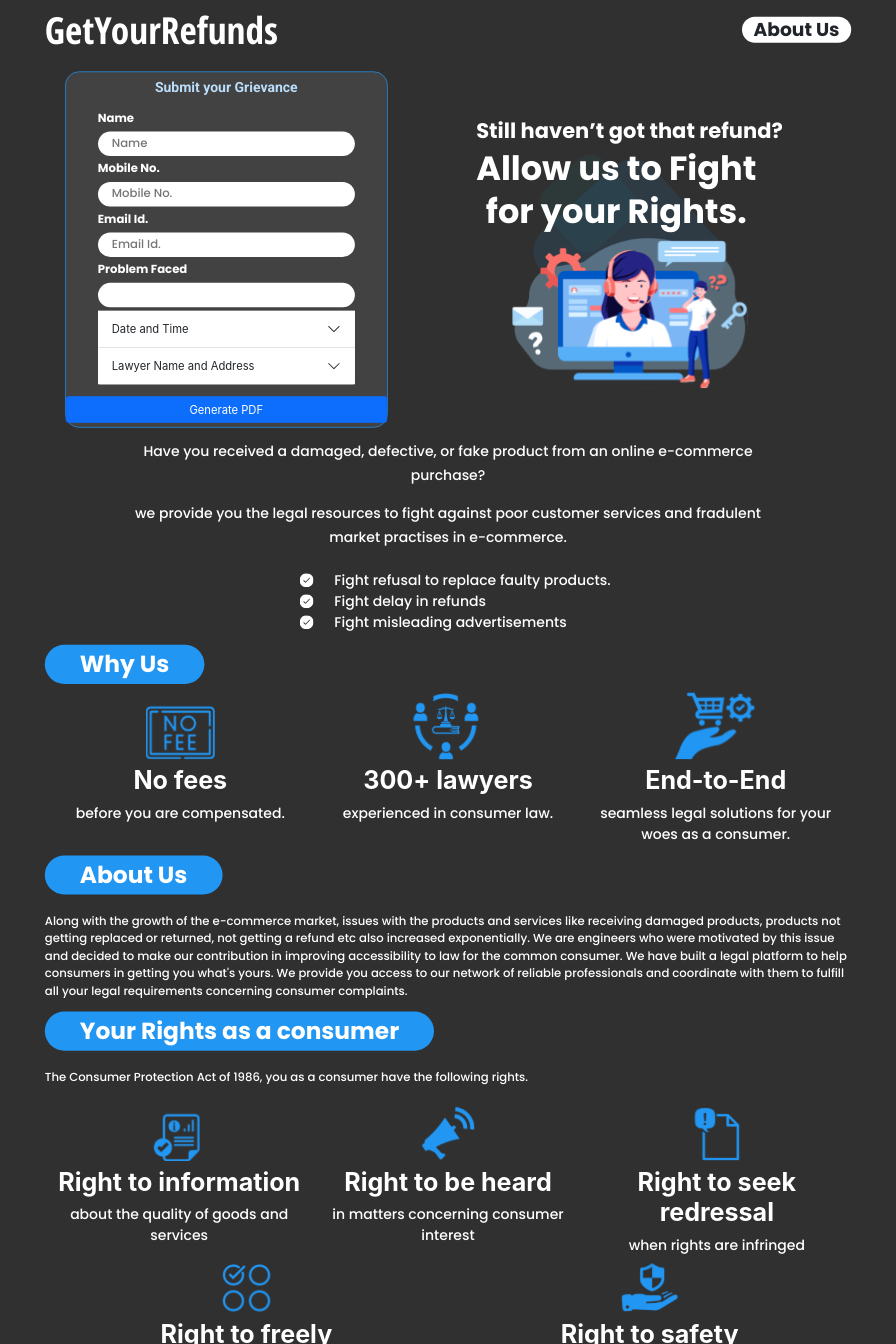
Repository: Eren00Yeager/initial-survey
Page: /consumer-complaints
The author's editor kept a copy of each file at every save. The page is drawn from the files as they stood at one save, then again after the next save.
The browser window is 1280 px wide. The pictures show the part of the page from y = 0 to 1920 px (the page is 2730 px tall before and 2897 px after), at 70% of full size.
Some web fonts or font styles are not loaded; a fallback is used. The project was rebuilt for these pictures with package versions that can differ from the ones it lists, and the page was loaded fresh each time. The framework's server and built-in components were replaced by stand-ins that run in the browser. Also part of the build but not shown: next.config.js.

Above is the page before, as saved 2022-07-14 11:49:57.

After the next save:
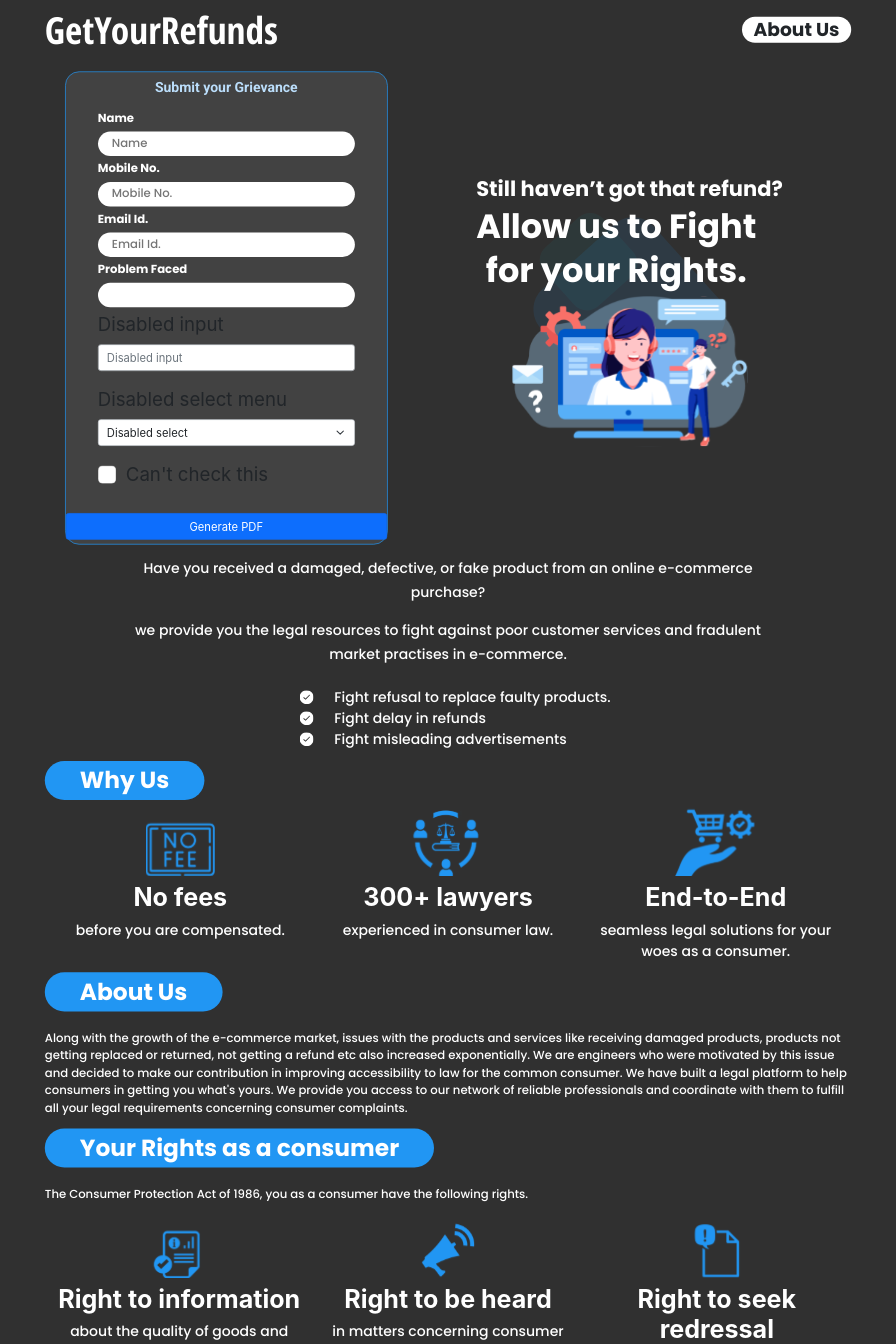
Saved 4 min 51 s later.
--- a/pages/consumer-complaints.jsx
+++ b/pages/consumer-complaints.jsx
@@ -136,58 +136,21 @@ export default function consumer() {
                     <div className={consumerStyles.nam}>Problem Faced</div>
                     <input type="text" placeholder="" className={consumerStyles.plc} value={problem} required onChange={(e) => setProblem(e.target.value)}></input>
                 </div>
-                <Accordion flush>
-                <Accordion.Item eventKey="0">
-                <Accordion.Header>Date and Time</Accordion.Header>
-                <Accordion.Body>
-                <Form.Group className="mb-3" controlId="LawyerMobile">
-                <Form.Label>DD</Form.Label>
-                <Form.Control type="text" placeholder="Enter Mobile of Lawyer" />
-               </Form.Group>
-               <Form.Group className="mb-3" controlId="LawyerMobile">
-                <Form.Label>MM</Form.Label>
-                <Form.Control type="text" placeholder="Enter Mobile of Lawyer" />
-            </Form.Group>
-            <Form.Group className="mb-3" controlId="LawyerMobile">
-                <Form.Label>YY</Form.Label>
-                <Form.Control type="text" placeholder="Enter Mobile of Lawyer" />
-            </Form.Group>
-        </Accordion.Body>
-    </Accordion.Item>
-
-    <Accordion.Item eventKey="1">
-        <Accordion.Header>Lawyer Name and Address</Accordion.Header>
-        <Accordion.Body>
-            <Form.Group className="mb-3" controlId="LawyerName">
-                <Form.Label>Lawyer Name</Form.Label>
-                <Form.Control type="text" placeholder="Enter Name of Lawyer" />
-                {/* <Form.Text className="text-muted">
-                We'll never share your email with anyone else.
-                </Form.Text> */}
-            </Form.Group>
-            <Form.Group className="mb-3" controlId="LawyerAddress">
-                <Form.Label>Lawyer ID</Form.Label>
-                <Form.Control type="text" placeholder="Enter ID of Lawyer" />
-            </Form.Group>
-            <Form.Group className="mb-3" controlId="LawyerAddress">
-                <Form.Label>Lawyer Address</Form.Label>
-                <Form.Control type="textarea" placeholder="Enter Address of Lawyer"/>
-            </Form.Group>
-            <Form.Group className="mb-3" controlId="LawyerPin">
-                <Form.Label>Lawyer Pin</Form.Label>
-                <Form.Control type="text" placeholder="Enter Pin of Lawyer" />
-            </Form.Group>
-            <Form.Group className="mb-3" controlId="LawyerPhone">
-                <Form.Label>Lawyer Phone</Form.Label>
-                <Form.Control type="text" placeholder="Enter Phone of Lawyer" />
-            </Form.Group>
-            <Form.Group className="mb-3" controlId="LawyerMobile">
-                <Form.Label>LawyerMobile</Form.Label>
-                <Form.Control type="text" placeholder="Enter Mobile of Lawyer" />
-            </Form.Group>
-        </Accordion.Body>
-    </Accordion.Item>
-</Accordion>
+                <Form.Group className="mb-3">
+        <Form.Label>Disabled input</Form.Label>
+        <Form.Control placeholder="Disabled input" />
+      </Form.Group>
+      <Form.Group className="mb-3">
+        <Form.Label>Disabled select menu</Form.Label>
+        <Form.Select >
+          <option>Disabled select</option>
+          <option>dsafjn</option>
+          <option>kskjdjnfojn</option>
+        </Form.Select>
+      </Form.Group>
+      <Form.Group className="mb-3">
+        <Form.Check type="checkbox" label="Can't check this" />
+      </Form.Group>
 
             </div>
             {/* <div className={consumerStyles.terms}>
